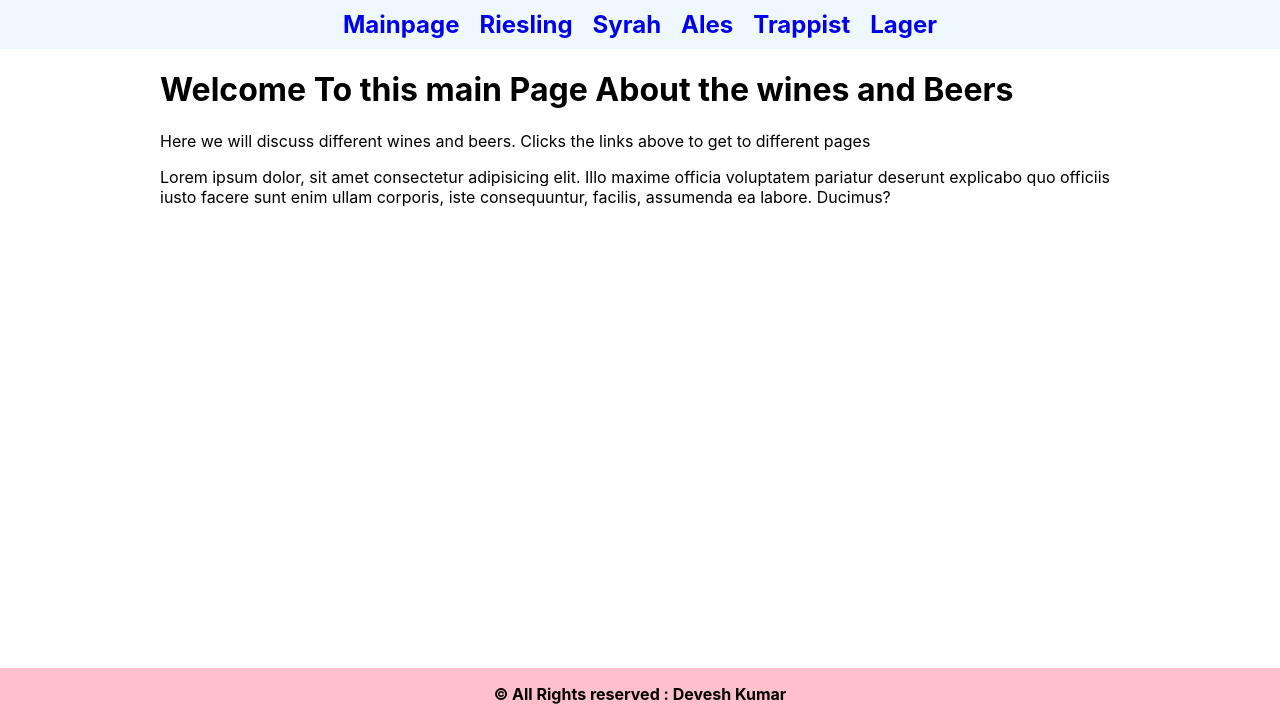
Repository: portretrieve/react-practice
Page: /
An editor plug-in stored every save of this project. The page is shown before and after the next save, followed by the edit.
The browser window is 1280 px wide. The pictures show the whole page.
The project was rebuilt for these pictures with package versions that can differ from the ones it lists, and the page was loaded fresh each time. Also part of the build but not shown: src/wines/Riesling.js, src/wines/Syrah.js, src/beers/Ale.js, src/beers/Lager.js, src/beers/Trappist.js.

Above is the page before, as saved 2021-08-26 19:48:38.

### src/App.js
import { BrowserRouter, Route, Redirect, Switch } from "react-router-dom";

import Riesling from "./wines/Riesling";
import Syrah from "./wines/Syrah";
import Ale from "./beers/Ale";
import Lager from "./beers/Lager";
import Trappist from "./beers/Trappist";

import Header from "./navigation/Header";
import Footer from "./navigation/Footer";
import MainPage from "./MainPage";
import CenterContent from "./Util/CenterContent";

function App() {
  return (
    <BrowserRouter>
      <Header />
      <Switch>
        <Route path="/" exact>
          <CenterContent>
            <MainPage />
          </CenterContent>
        </Route>
        <Route path="/wines" exact>
          <Riesling />
        </Route>
        <Route path="/wines/syrah" exact>
          <Syrah />
        </Route>
        <Route path="/beers/ale" exact>
          <Ale />
        </Route>
        <Route path="/beers/trappist" exact>
          <Trappist />
        </Route>
        <Route path="/beers/lager" exact>
          <Lager />
        </Route>
        <Redirect to="/" />
      </Switch>
      <Footer />
    </BrowserRouter>
  );
}

export default App;

### src/navigation/Header.js
import React from "react";
import classes from "./header.module.css";
import { Link } from "react-router-dom";

function Header() {
  return (
    <header className={classes.header}>
      <nav>
        <h2>
          <a href="/">Mainpage</a>
        </h2>
        <h2>
          <a href="/wines">Riesling</a>
        </h2>
        <h2>
          <a href="/wines/syrah">Syrah</a>
        </h2>
        <h2>
          <a href="/beers/ale">Ales</a>
        </h2>
        <h2>
          <a href="/beers/trappist">Trappist</a>
        </h2>
        <h2>
          <a href="/beers/lager">Lager</a>
        </h2>
      </nav>
    </header>
  );
}

export default Header;

### src/navigation/Footer.js
import React from "react";
import classes from "./footer.module.css";

function Footer() {
  return (
    <footer className={classes.center}>
      <p>&copy; All Rights reserved : Devesh Kumar</p>
    </footer>
  );
}

export default Footer;

### src/MainPage.js
import React from "react";

function MainPage() {
  return (
    <div>
      <h1>Welcome To this main Page About the wines and Beers</h1>
      <p>
        Here we will discuss different wines and beers. Clicks the links above
        to get to different pages
      </p>
      <p>
        Lorem ipsum dolor, sit amet consectetur adipisicing elit. Illo maxime
        officia voluptatem pariatur deserunt explicabo quo officiis iusto facere
        sunt enim ullam corporis, iste consequuntur, facilis, assumenda ea
        labore. Ducimus?
      </p>
    </div>
  );
}

export default MainPage;

### src/Util/CenterContent.js
import React from "react";
import classes from "./centerContent.module.css";

function CenterContent(props) {
  return <div className={classes.container}>{props.children}</div>;
}

export default CenterContent;

### src/navigation/header.module.css
.header {
    margin: 0 auto;
    text-align: center;
    background-color: aliceblue;
}

h2 {
    display: inline-block;
    margin: 10px;
}

a {
    text-decoration: none;
}

### src/navigation/footer.module.css
.center {
    text-align: center;
    background-color: pink;
    font-weight: 700;
    position: fixed;
    bottom: 0;
    left: 0;
    right: 0;
    margin: 0;
    padding: 0;
}

### src/Util/centerContent.module.css
.container {
    max-width: 960px;
    width: 80%;
    margin: 0 auto;
}

Loaded but not shown: public/index.html (common file); src/index.js (common file); src/index.css (common file)

After the next save:
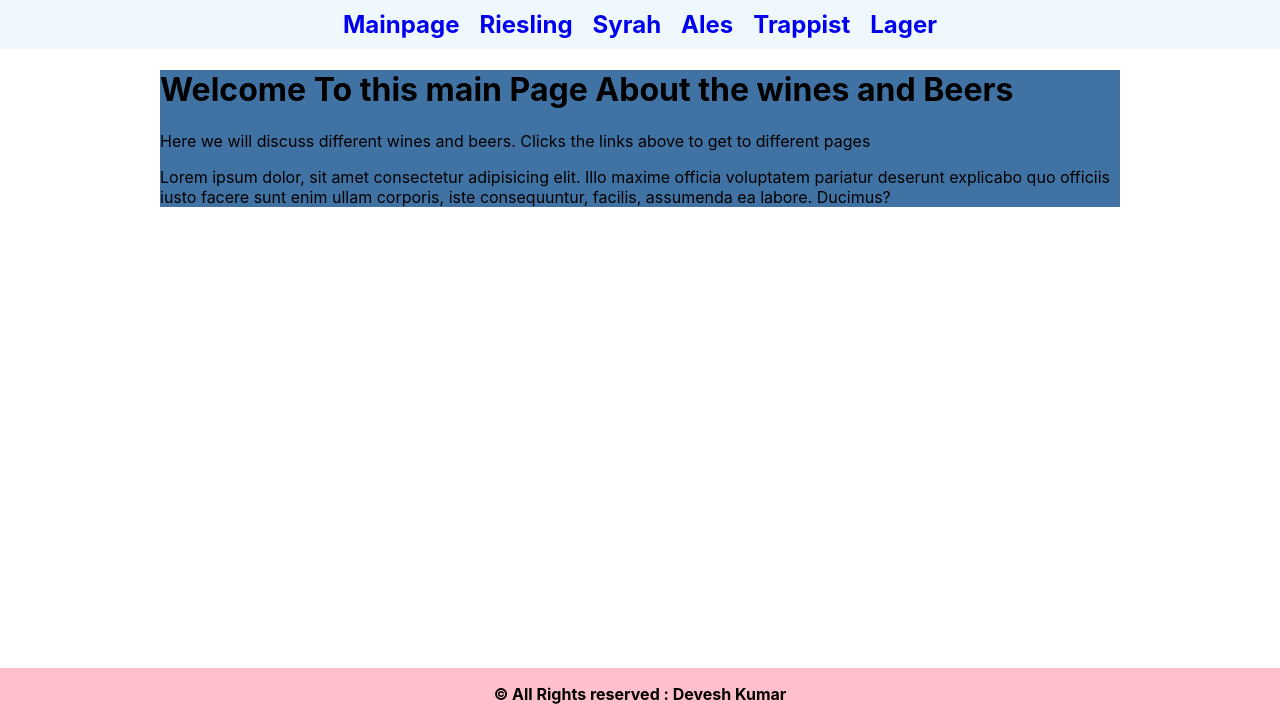
Saved 29 s later.
--- a/src/Util/centerContent.module.css
+++ b/src/Util/centerContent.module.css
@@ -2,4 +2,5 @@
     max-width: 960px;
     width: 80%;
     margin: 0 auto;
+    background-color: rgb(64, 115, 163);
 }
